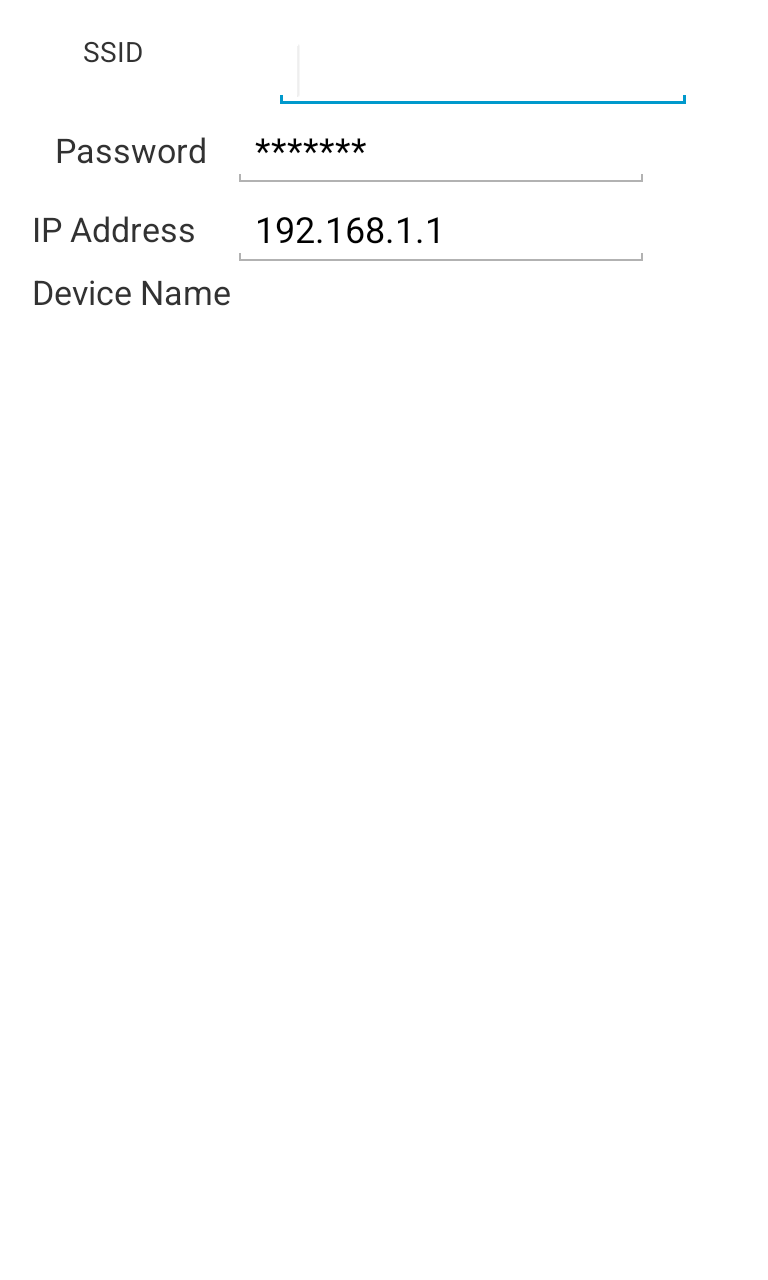
Repository: Maveriick/cs577a
Layout: Mobile-ControlledLighting/res/layout/activity_configure_gateway.xml
The author's editor kept a copy of each file at every save. The layout is drawn from the files as they stood at one save, then again after the next save.
It is drawn on a 768 x 1280 px phone screen (xhdpi) without system bars, with theme AppTheme; the app's code is not run.

Above is the layout before, as saved 2014-10-05 00:59:16.

### Mobile-ControlledLighting/res/layout/activity_configure_gateway.xml
<RelativeLayout xmlns:android="http://schemas.android.com/apk/res/android"
    xmlns:tools="http://schemas.android.com/tools"
    android:layout_width="match_parent"
    android:layout_height="match_parent"
    android:paddingBottom="@dimen/activity_vertical_margin"
    android:paddingLeft="@dimen/activity_horizontal_margin"
    android:paddingRight="@dimen/activity_horizontal_margin"
    android:paddingTop="@dimen/activity_vertical_margin"
    tools:context="com.advanchip.mobile_controlledlighting.ConfigureGateway" >

    <GridLayout
        android:layout_width="wrap_content"
        android:layout_height="wrap_content"
        android:layout_alignParentBottom="true"
        android:layout_alignParentLeft="true"
        android:layout_alignParentRight="true"
        android:layout_alignParentTop="true"
        android:columnCount="2"
        android:rowCount="8" >

        <EditText
            android:id="@+id/editText1"
            android:layout_column="1"
            android:layout_gravity="center_horizontal|top"
            android:layout_row="0"
            android:ems="10" >

            <requestFocus />
        </EditText>

        <EditText
            android:id="@+id/editText2"
            android:layout_column="1"
            android:layout_gravity="left|top"
            android:layout_row="3"
            android:ems="10"
            android:text="*******" />

        <EditText
            android:id="@+id/editText3"
            android:layout_column="1"
            android:layout_gravity="left|top"
            android:layout_row="4"
            android:ems="10"
            android:text="192.168.1.1" />

        <TextView
            android:id="@+id/textView3"
            android:layout_width="wrap_content"
            android:layout_height="wrap_content"
            android:layout_column="0"
            android:layout_gravity="left|center_vertical"
            android:layout_row="4"
            android:text="IP Address"
            android:textSize="17sp" />

        <TextView
            android:id="@+id/textView2"
            android:layout_width="wrap_content"
            android:layout_height="wrap_content"
            android:layout_column="0"
            android:layout_gravity="center"
            android:layout_row="3"
            android:text="Password"
            android:textSize="17sp" />

        <TextView
            android:id="@+id/textView1"
            android:layout_width="48dp"
            android:layout_height="36dp"
            android:layout_column="0"
            android:layout_gravity="center_horizontal|top"
            android:layout_row="0"
            android:text="SSID"
             />

        <TextView
            android:id="@+id/textView4"
            android:layout_column="0"
            android:layout_gravity="left|top"
            android:layout_row="7"
            android:text="Device Name"
            android:textSize="17sp" />

    </GridLayout>

</RelativeLayout>

Loaded but not shown: Mobile-ControlledLighting/res/values/styles.xml (common file); Mobile-ControlledLighting/res/values-v11/styles.xml (common file); Mobile-ControlledLighting/res/values-v14/styles.xml (common file); Mobile-ControlledLighting/res/values/dimens.xml (common file); Mobile-ControlledLighting/res/values-w820dp/dimens.xml (common file)

After the next save:
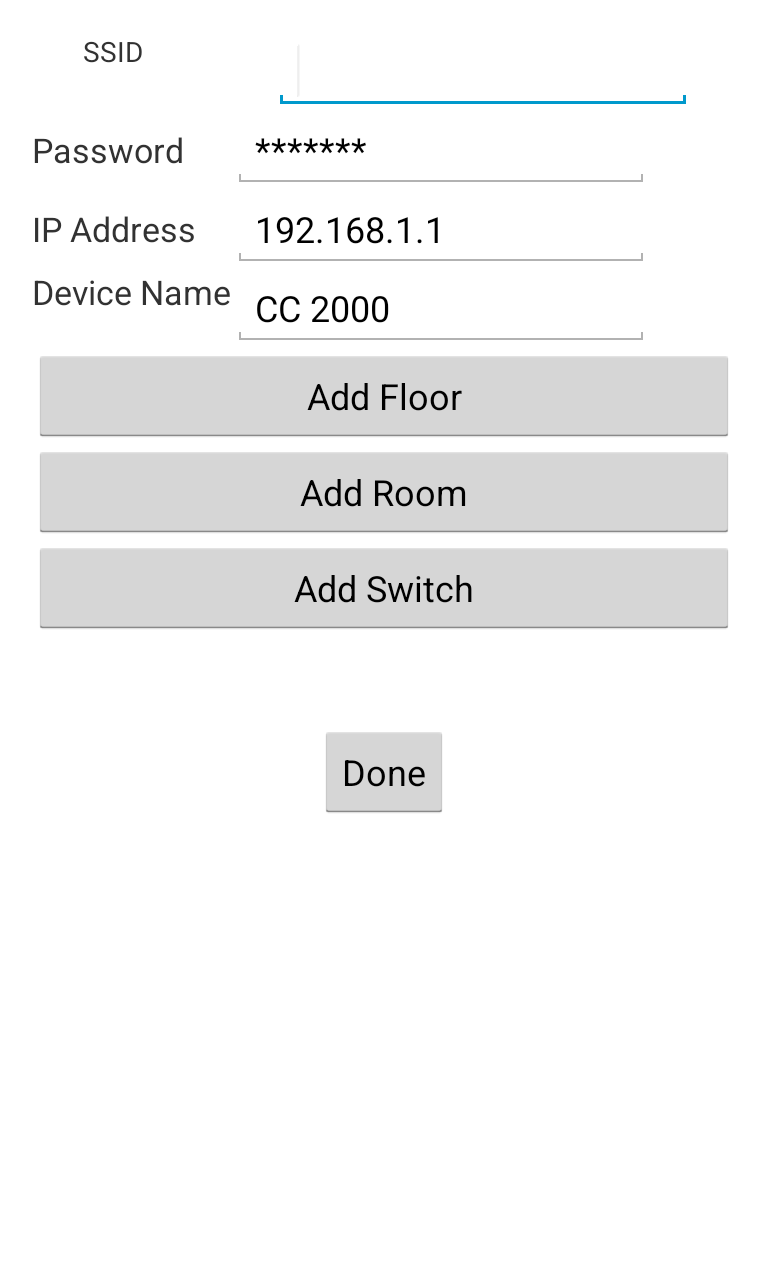
Saved 52 s later.
--- a/Mobile-ControlledLighting/res/layout/activity_configure_gateway.xml
+++ b/Mobile-ControlledLighting/res/layout/activity_configure_gateway.xml
@@ -9,14 +9,14 @@
     tools:context="com.advanchip.mobile_controlledlighting.ConfigureGateway" >
 
     <GridLayout
+        android:id="@+id/gridLayout1"
         android:layout_width="wrap_content"
         android:layout_height="wrap_content"
-        android:layout_alignParentBottom="true"
         android:layout_alignParentLeft="true"
         android:layout_alignParentRight="true"
         android:layout_alignParentTop="true"
         android:columnCount="2"
-        android:rowCount="8" >
+        android:rowCount="9" >
 
         <EditText
             android:id="@+id/editText1"
@@ -55,11 +55,27 @@
             android:textSize="17sp" />
 
         <TextView
+            android:id="@+id/textView4"
+            android:layout_column="0"
+            android:layout_gravity="left|top"
+            android:layout_row="7"
+            android:text="Device Name"
+            android:textSize="17sp" />
+
+        <EditText
+            android:id="@+id/editText4"
+            android:layout_column="1"
+            android:layout_gravity="left|top"
+            android:layout_row="7"
+            android:ems="10"
+            android:text="CC 2000" />
+
+        <TextView
             android:id="@+id/textView2"
             android:layout_width="wrap_content"
             android:layout_height="wrap_content"
             android:layout_column="0"
-            android:layout_gravity="center"
+            android:layout_gravity="left|center_vertical"
             android:layout_row="3"
             android:text="Password"
             android:textSize="17sp" />
@@ -71,17 +87,44 @@
             android:layout_column="0"
             android:layout_gravity="center_horizontal|top"
             android:layout_row="0"
-            android:text="SSID"
-             />
-
-        <TextView
-            android:id="@+id/textView4"
-            android:layout_column="0"
-            android:layout_gravity="left|top"
-            android:layout_row="7"
-            android:text="Device Name"
-            android:textSize="17sp" />
-
+            android:text="SSID" />
     </GridLayout>
 
+    <LinearLayout
+        android:id="@+id/linearLayout1"
+        android:layout_width="wrap_content"
+        android:layout_height="wrap_content"
+        android:layout_alignLeft="@+id/gridLayout1"
+        android:layout_alignRight="@+id/gridLayout1"
+        android:layout_below="@+id/gridLayout1"
+        android:orientation="vertical" >
+
+        <Button
+            android:id="@+id/button1"
+            android:layout_width="match_parent"
+            android:layout_height="wrap_content"
+            android:text="Add Floor" />
+
+        <Button
+            android:id="@+id/button2"
+            android:layout_width="match_parent"
+            android:layout_height="wrap_content"
+            android:text="Add Room" />
+
+        <Button
+            android:id="@+id/button3"
+            android:layout_width="match_parent"
+            android:layout_height="wrap_content"
+            android:text="Add Switch" />
+    </LinearLayout>
+
+    <Button
+        android:id="@+id/button4"
+        android:layout_width="wrap_content"
+        android:layout_height="wrap_content"
+        android:layout_below="@+id/linearLayout1"
+        android:layout_centerHorizontal="true"
+        android:layout_marginTop="44dp"
+        android:text="Done" />
+
 </RelativeLayout>
